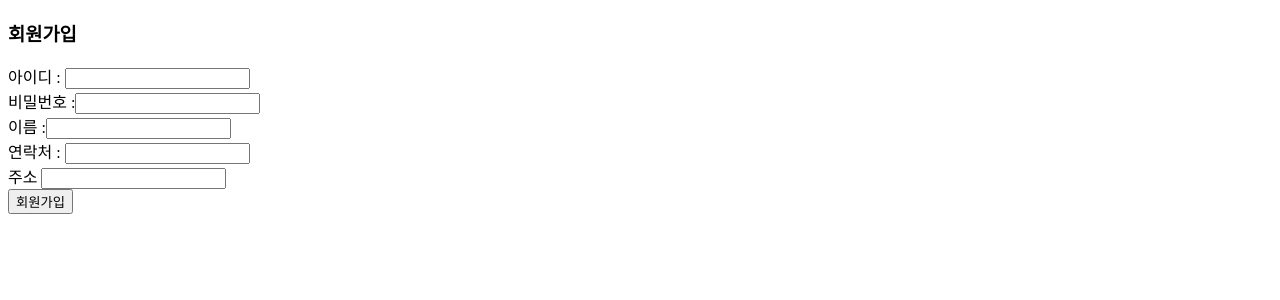
Repository: suinautant/learnCode
Page: http://localhost/JSPBook/ch05/request1.jsp
The author's editor kept a copy of each file at every save. The page is drawn from the files as they stood at one save, then again after the next save.
The browser window is 1280 px wide. The pictures show the whole page.
The page is served by Tomcat 9.

Above is the page before, as saved 2021-07-01 01:25:30.

After the next save:
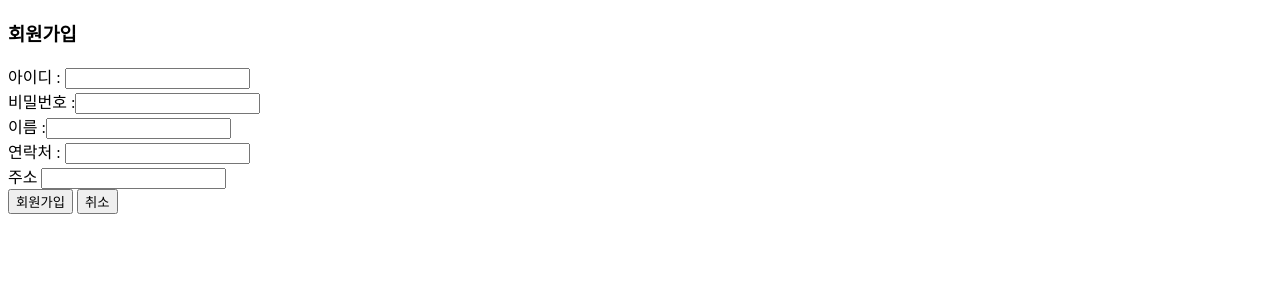
Saved 12 s later.
--- a/jsp/JSPBook/WebContent/ch05/request1.jsp
+++ b/jsp/JSPBook/WebContent/ch05/request1.jsp
@@ -14,6 +14,7 @@
 	연락처 : <input type="text" name="tel" /> <br />
 	주소 <input type="text" name="addr" /> <br />
 	<input type="submit" value="회원가입" />
+	<input type="reset" value="취소" />
 	</form>
 </body>
 </html>
